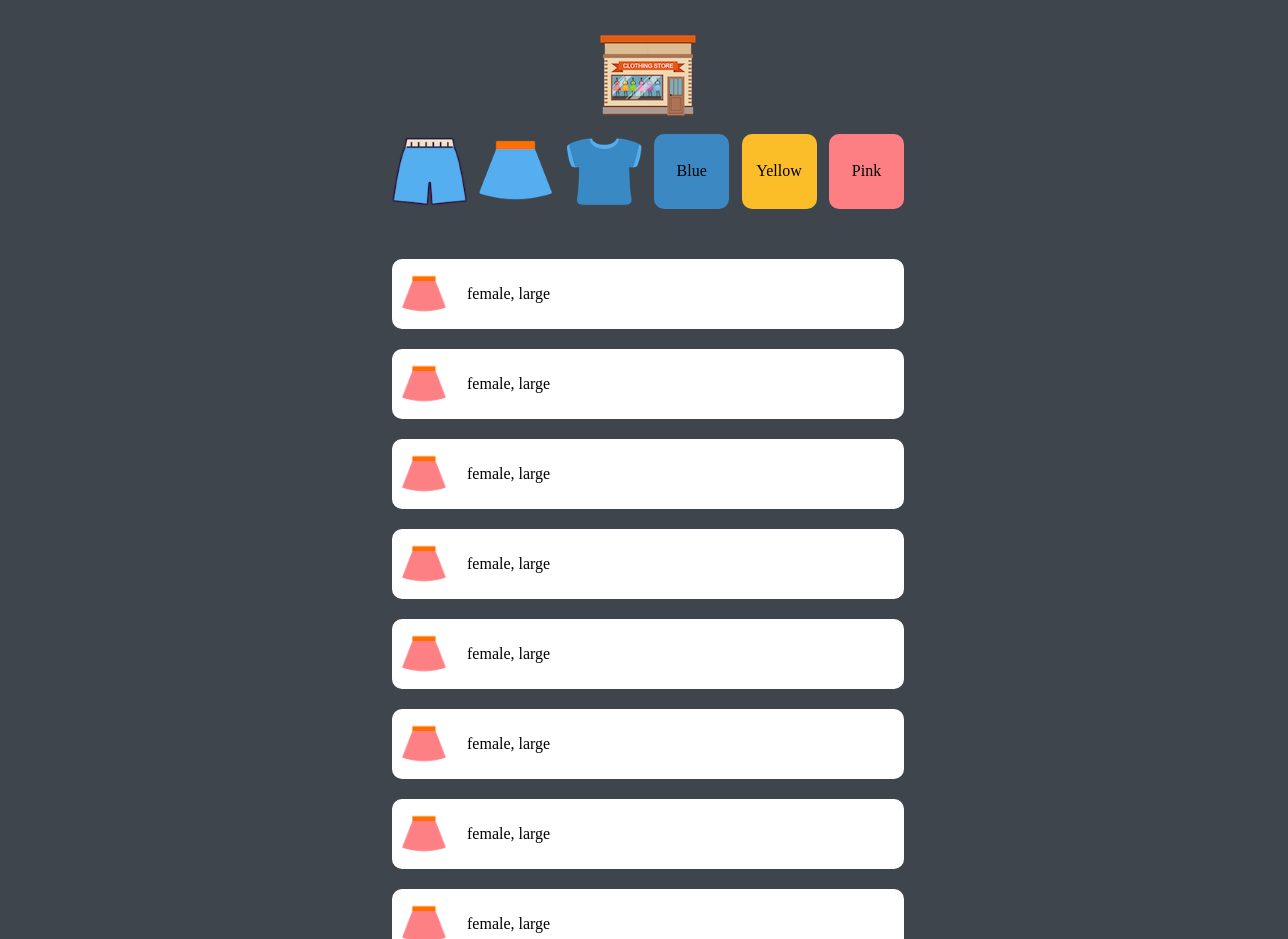
Repository: Jay-JYKim91/elle-shopping-mall
Page: index.html
An editor plug-in stored every save of this project. The page is shown before and after a run of saves, followed by the edit.
The browser window is 1280 px wide. The page is 1288 px wide, so the pictures cover 1288 px, including what lies to the right of the window. The pictures show the whole page.
An inner scrolling area shows only its first screen.

Above is the page before, as saved 2021-07-26 19:45:15.

After the next 2 saves:
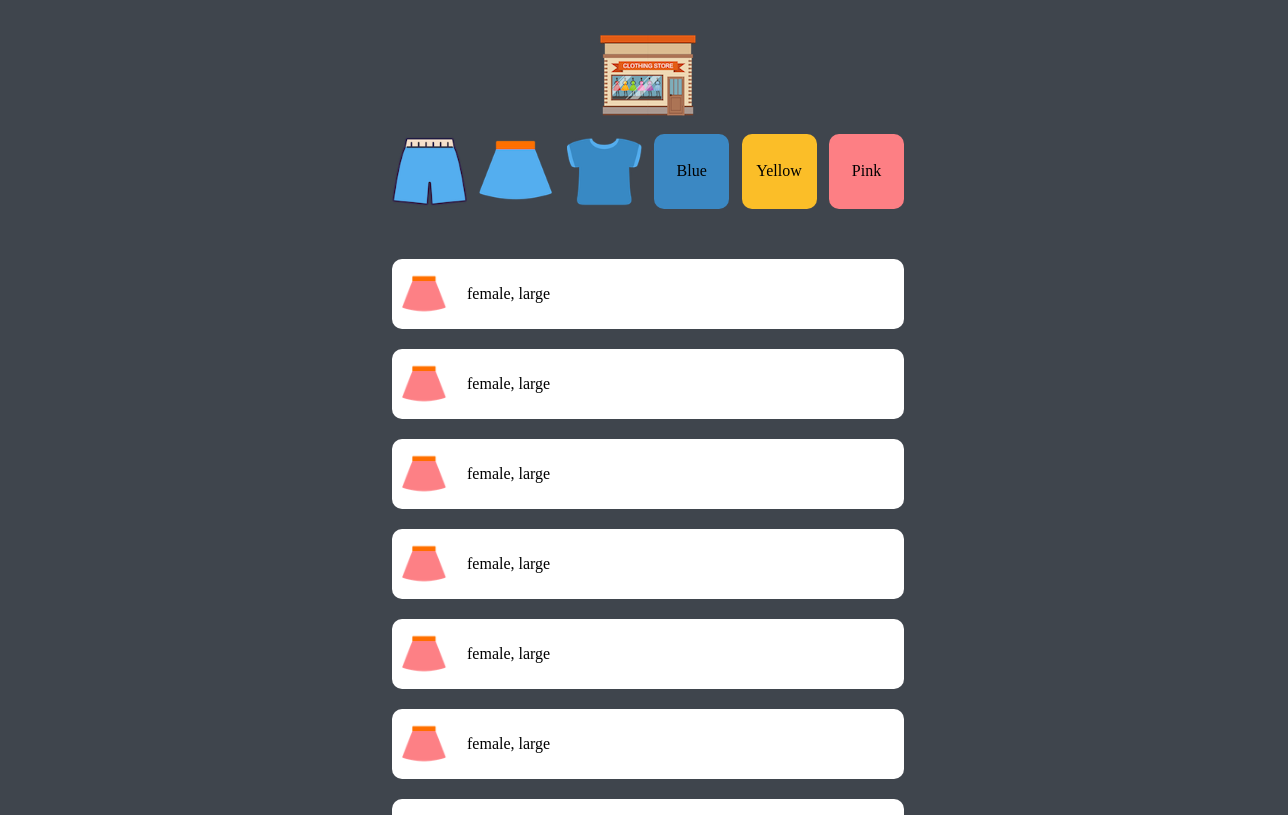
The 2 saves are shown as one change because they came seconds apart.
The last was saved 9 s later.
--- a/style.css
+++ b/style.css
@@ -49,7 +49,7 @@
   background-color: var(--color-pink);
 }
 .lists {
-  height: 700px;
+  height: 80vh;
   overflow-y: scroll;
   padding: 0;
   margin-top: 30px;

After the save that followed:
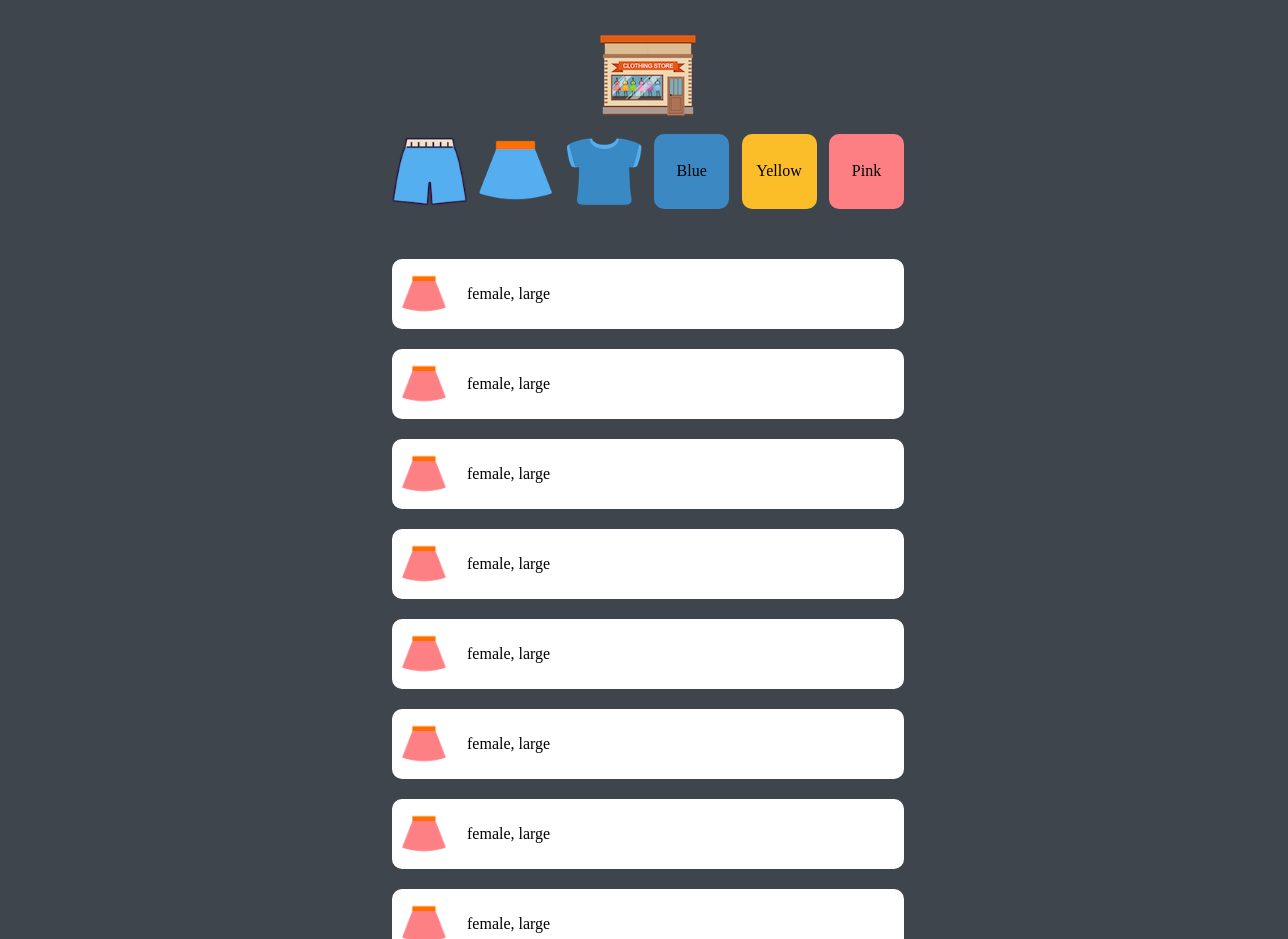
Saved 11 s later.
--- a/style.css
+++ b/style.css
@@ -49,7 +49,7 @@
   background-color: var(--color-pink);
 }
 .lists {
-  height: 80vh;
+  height: 700px;
   overflow-y: scroll;
   padding: 0;
   margin-top: 30px;
